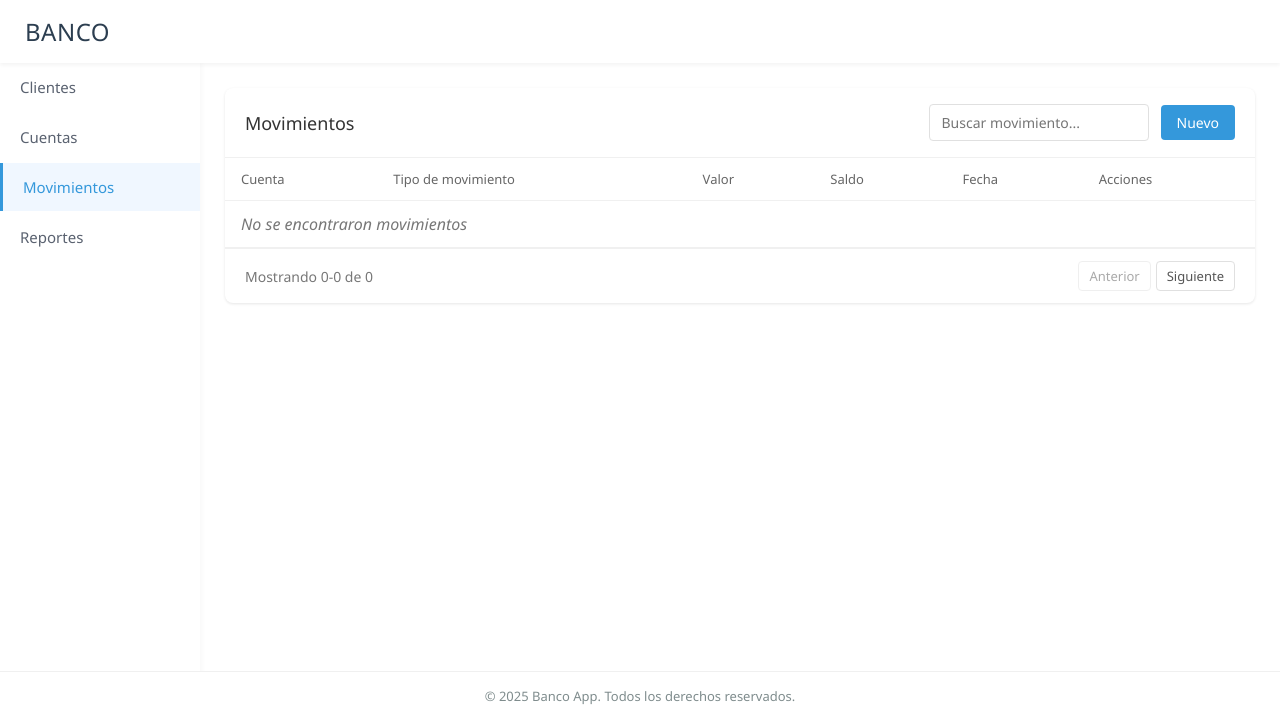
Repository: nder1996/Bank-Devsu
Page: /movimientos (app in Frontend/banco-devsu/)
These files come from the project's save history. The page is drawn as it stood at one moment and after the next save; the edit follows.
The browser window is 1280 px wide. The pictures show the whole page.
The page's requests for data from a server got no answer. The project was rebuilt for these pictures with package versions that can differ from the ones it lists, and the page was loaded fresh each time. No one was signed in, and anything a server would have sent is missing. Also part of the build but not shown: Frontend/banco-devsu/angular.json, Frontend/banco-devsu/src/app/presentation/pages/clientes/clientes.component.ts, Frontend/banco-devsu/src/app/core/services/cliente.service.ts, Frontend/banco-devsu/src/app/presentation/pages/cuentas/cuentas.component.ts, Frontend/banco-devsu/src/app/core/services/cuenta.service.ts, Frontend/banco-devsu/src/app/presentation/pages/reportes/reportes.component.ts.

Above is the page before, as saved 2025-08-22 14:00:01.

After the next save:
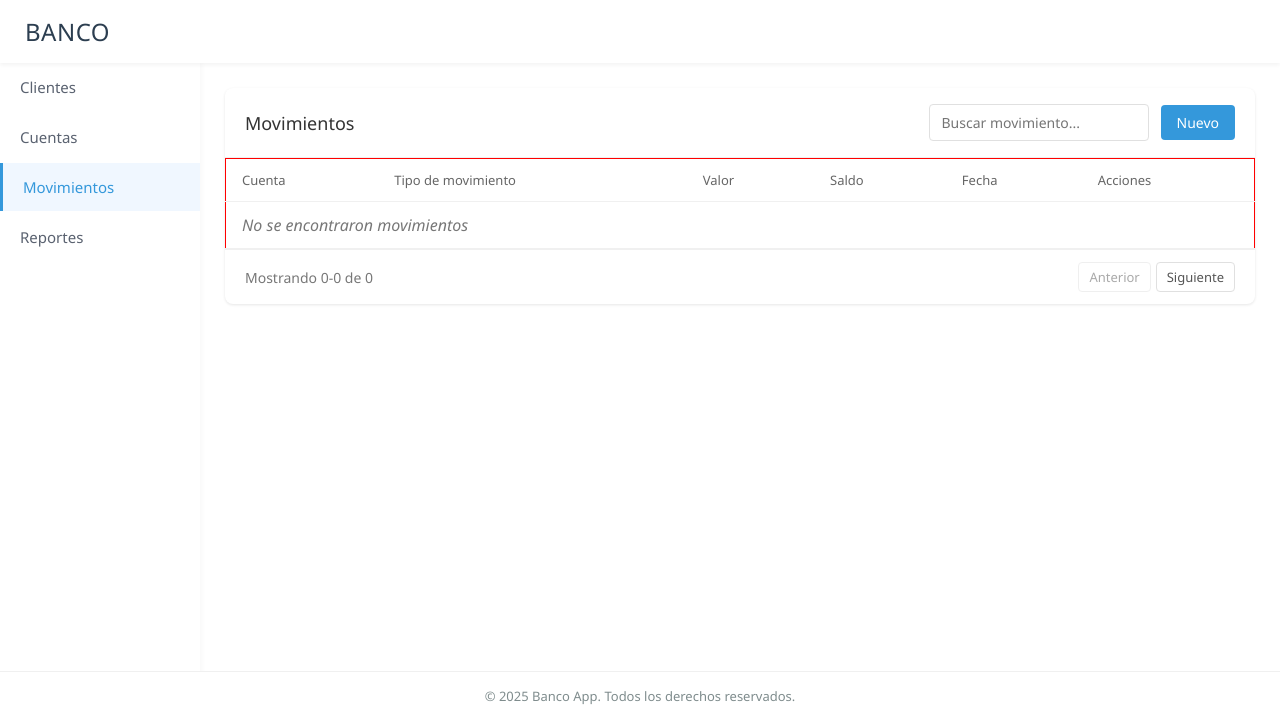
Saved 14 s later.
--- a/Frontend/banco-devsu/src/styles.css
+++ b/Frontend/banco-devsu/src/styles.css
@@ -30,3 +30,8 @@ html, body {
   overflow-y: auto; /* Solo scroll en el área de contenido */
   padding: 25px;
 }
+
+
+.data-table{
+  border:1px solid red !important
+}
